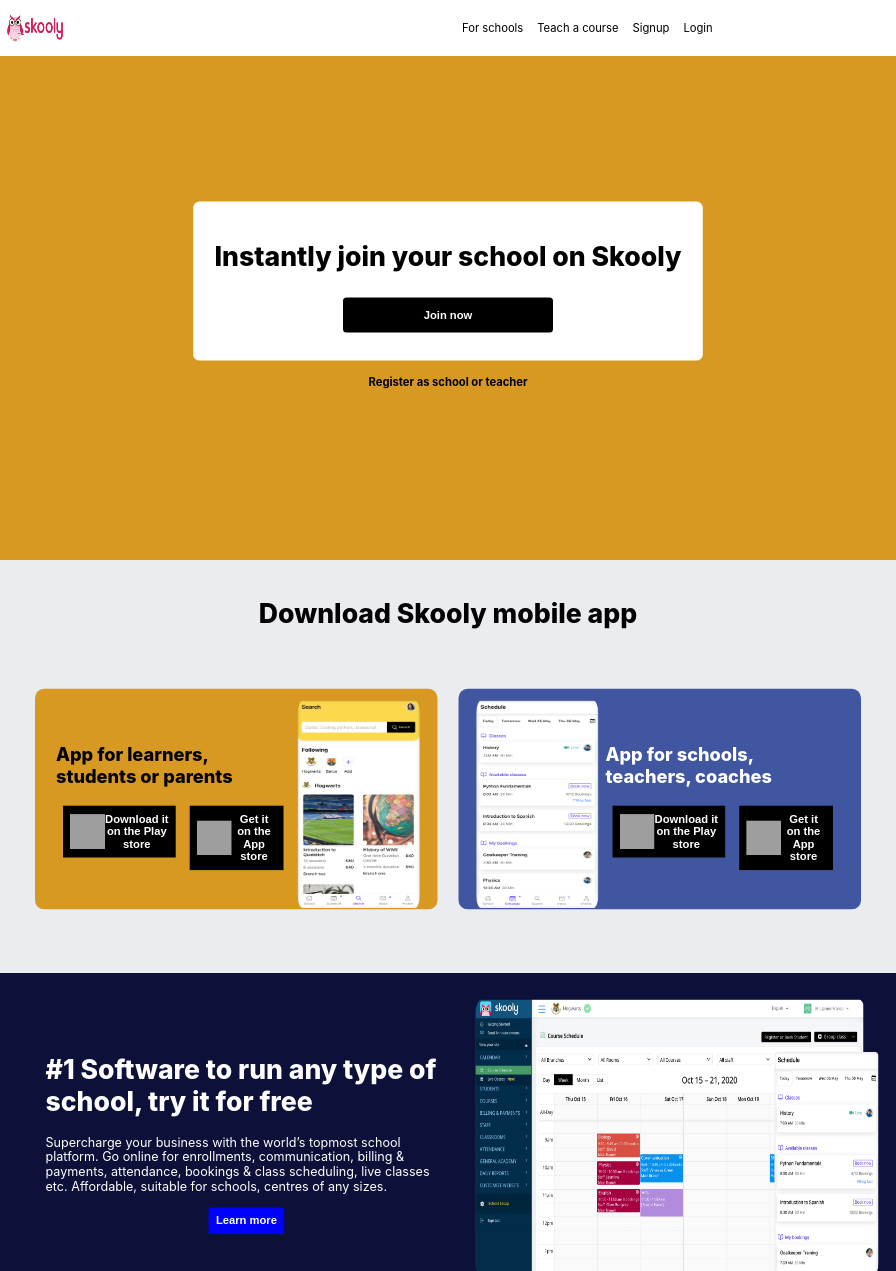
Repository: akankshaajoshi/Skooly-Clone
Page: /
The author's editor kept a copy of each file at every save. The page is drawn from the files as they stood at one save, then again after the next save.
The browser window is 1280 px wide. The pictures show the whole page, at 70% of full size.
Pictures or frames that could not be fetched are drawn as grey boxes. The project was rebuilt for these pictures with package versions that can differ from the ones it lists, and the page was loaded fresh each time. Also part of the build but not shown: craco.config.js.

Above is the page before, as saved 2023-09-14 20:35:35.

After the next save:
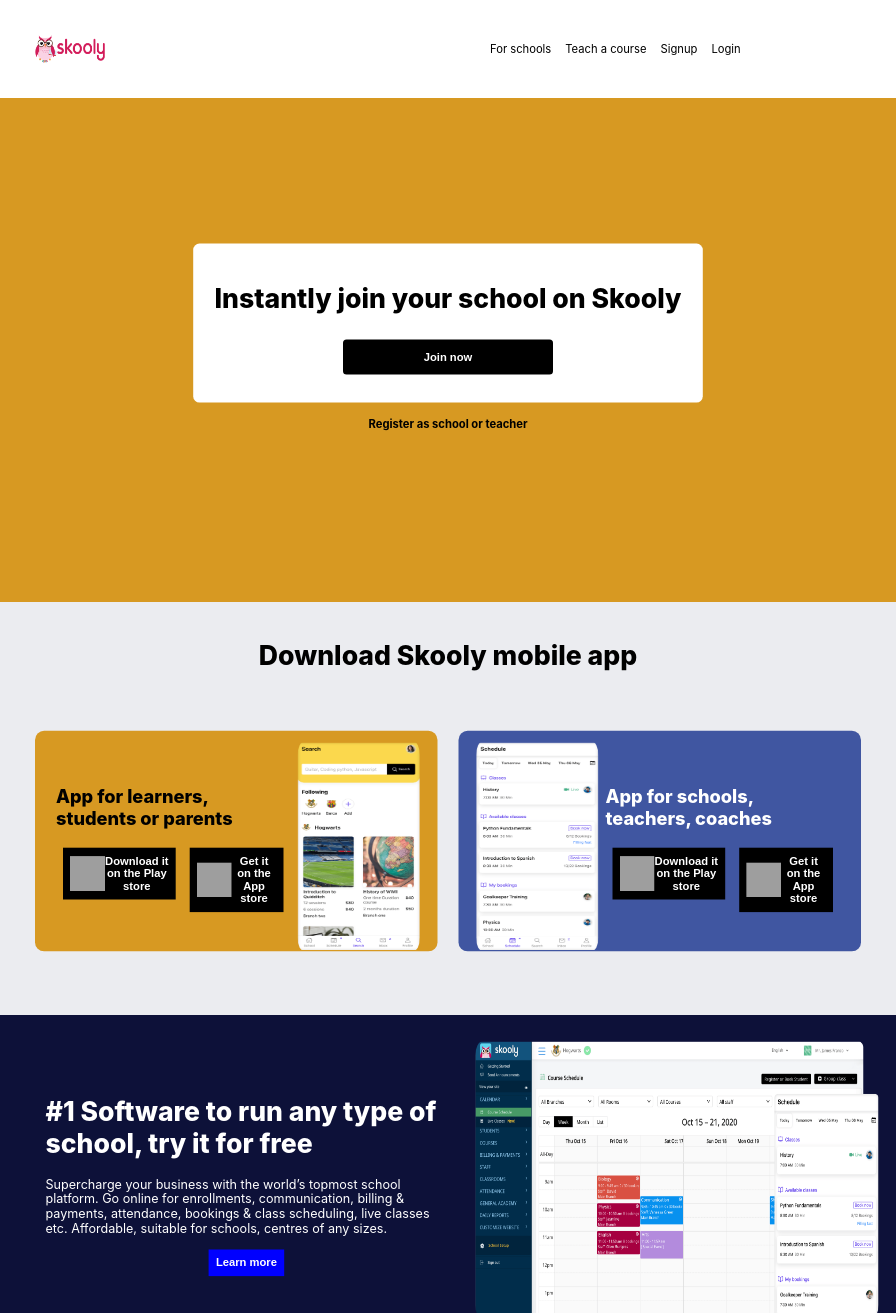
Saved 27 s later.
--- a/src/components/shared/Navbar/index.js
+++ b/src/components/shared/Navbar/index.js
@@ -15,7 +15,7 @@
   display: flex;
   align-items: center;
   flex-direction: row;
-  padding: 10px;
+  padding: 50px;
   flex: 1;
 `;
 
@@ -35,7 +35,7 @@
 
 const Img = styled.img`
 height: 40px;
-width: 80px;
+width: 100px;
 `;
 
 const index = () => {

After the save that followed:
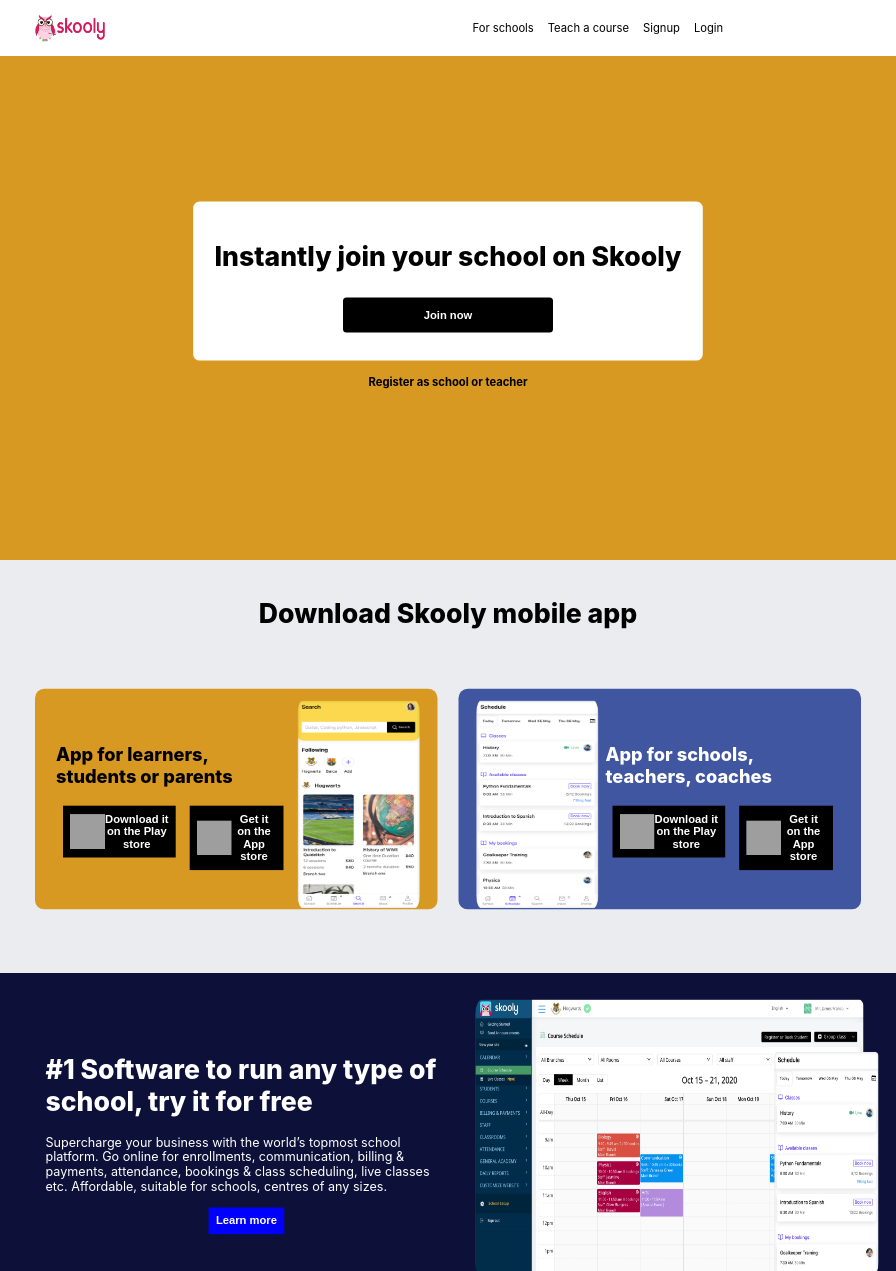
Saved 20 s later.
--- a/src/components/shared/Navbar/index.js
+++ b/src/components/shared/Navbar/index.js
@@ -15,7 +15,7 @@
   display: flex;
   align-items: center;
   flex-direction: row;
-  padding: 50px;
+  padding: 10px 0px 10px 50px;
   flex: 1;
 `;
 
